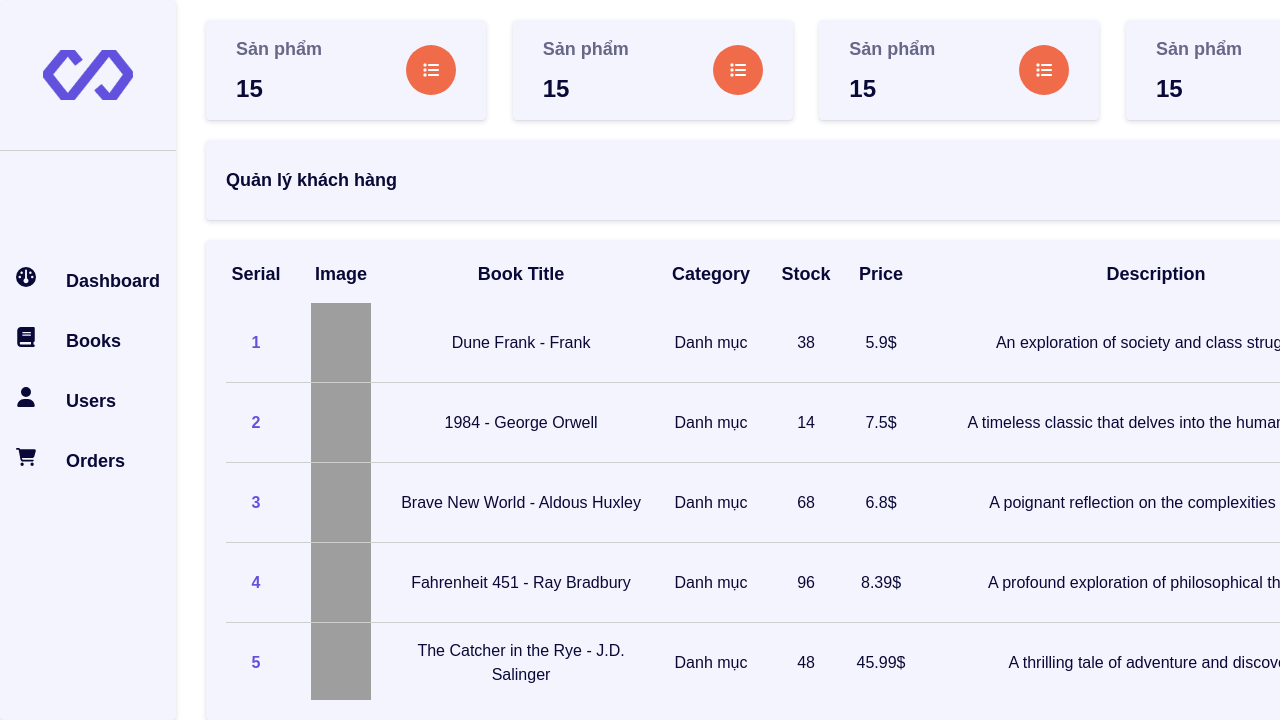
Repository: kauittt/BookStore_FE
Page: / (app in book-store/)
The author's editor kept a copy of each file at every save. The page is drawn from the files as they stood at one save, then again after the next save.
The browser window is 1280 px wide. The pictures show the whole page.
Pictures or frames that could not be fetched are drawn as grey boxes. An inner scrolling area shows only its first screen. The project was rebuilt for these pictures with package versions that can differ from the ones it lists, and the page was loaded fresh each time. Also part of the build but not shown: book-store/vite.config.js, book-store/src/components/elements/FormInput.jsx, book-store/src/components/login-signup/Login.jsx, book-store/src/components/book/BookItem.jsx, book-store/src/components/book/BookList.jsx, book-store/src/components/elements/BackNavigation.jsx, book-store/src/components/book/BookDetail.jsx, book-store/src/components/cart/QuantitySelector.jsx and 4 more.

Above is the page before, as saved 2024-07-20 12:41:07.

After the next save:
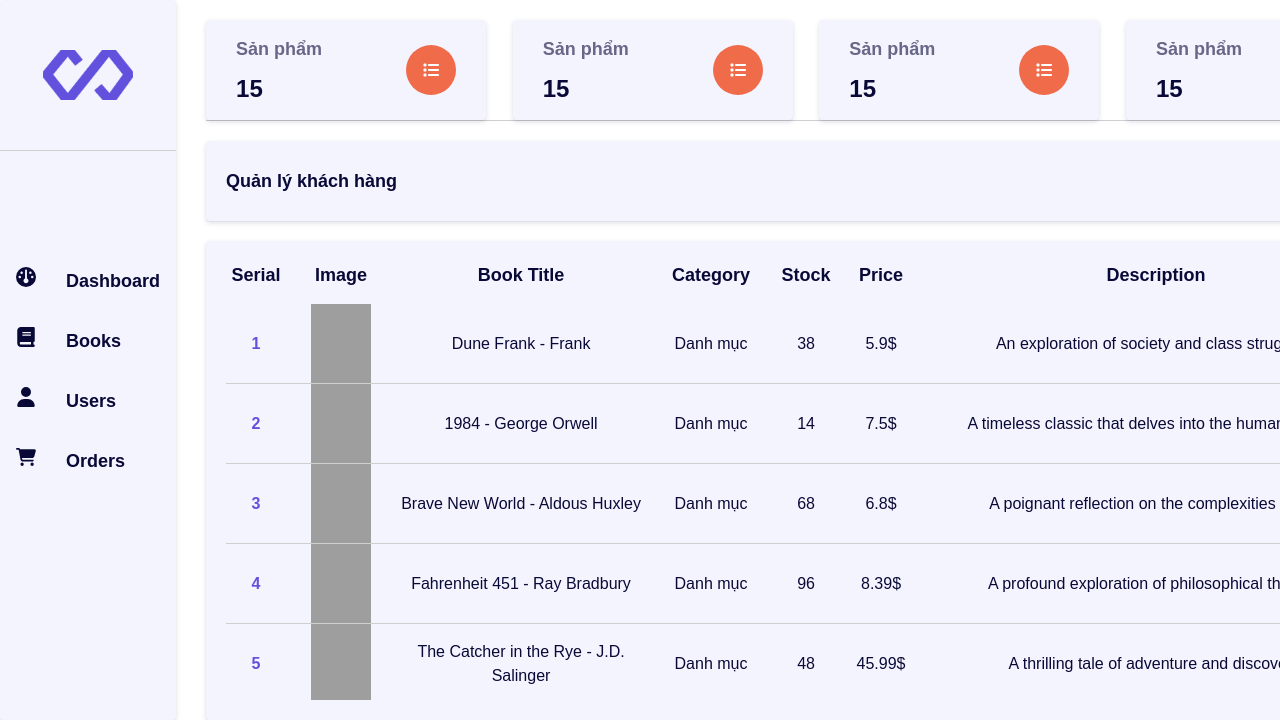
Saved 26 s later.
--- a/book-store/src/components/admin/AdminPage.jsx
+++ b/book-store/src/components/admin/AdminPage.jsx
@@ -24,7 +24,7 @@
 
             {/*//* Right  */}
             <div className="flex flex-col gap-[20px] pt-[20px] pr-[20px]">
-                <div className="flex justify-between items-center ">
+                <div className="flex justify-between items-center border-b border-border">
                     <Card name="Sản phẩm" quantity={15} icon={faList}></Card>
                     <Card name="Sản phẩm" quantity={15} icon={faList}></Card>
                     <Card name="Sản phẩm" quantity={15} icon={faList}></Card>

After the save that followed:
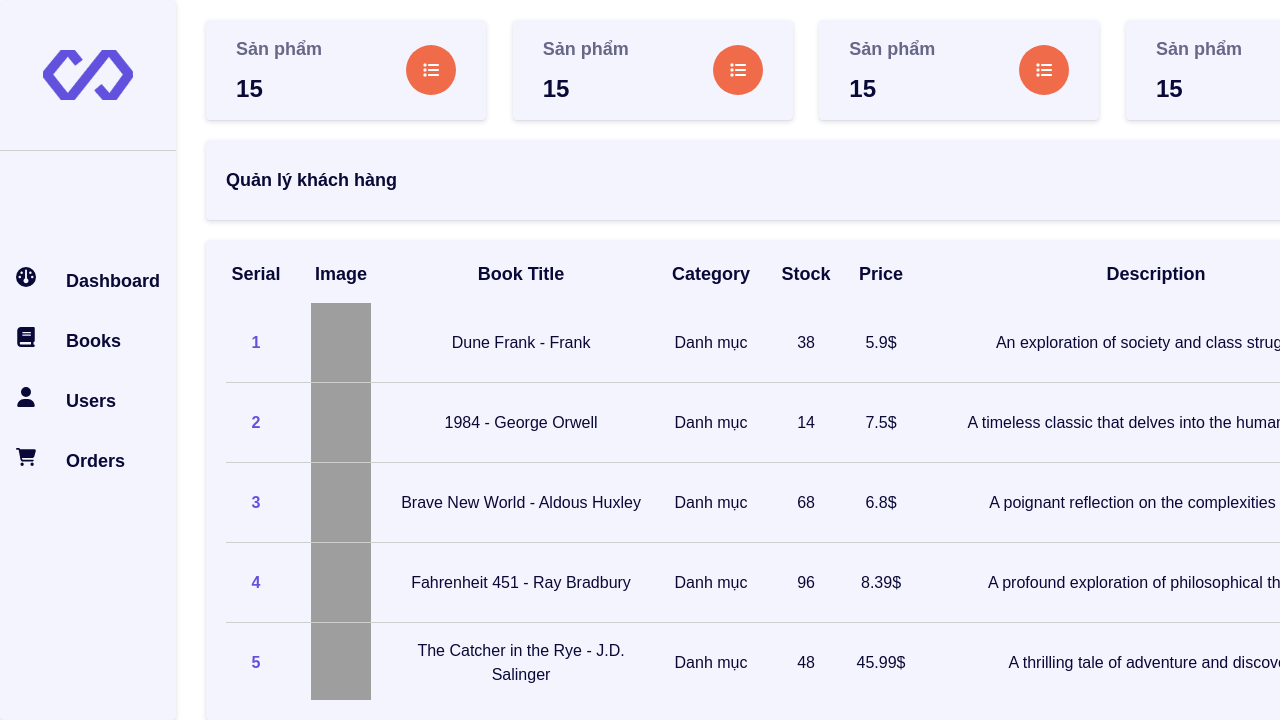
Saved 10 s later.
--- a/book-store/src/components/admin/AdminPage.jsx
+++ b/book-store/src/components/admin/AdminPage.jsx
@@ -24,7 +24,7 @@
 
             {/*//* Right  */}
             <div className="flex flex-col gap-[20px] pt-[20px] pr-[20px]">
-                <div className="flex justify-between items-center border-b border-border">
+                <div className="flex justify-between items-center ">
                     <Card name="Sản phẩm" quantity={15} icon={faList}></Card>
                     <Card name="Sản phẩm" quantity={15} icon={faList}></Card>
                     <Card name="Sản phẩm" quantity={15} icon={faList}></Card>
